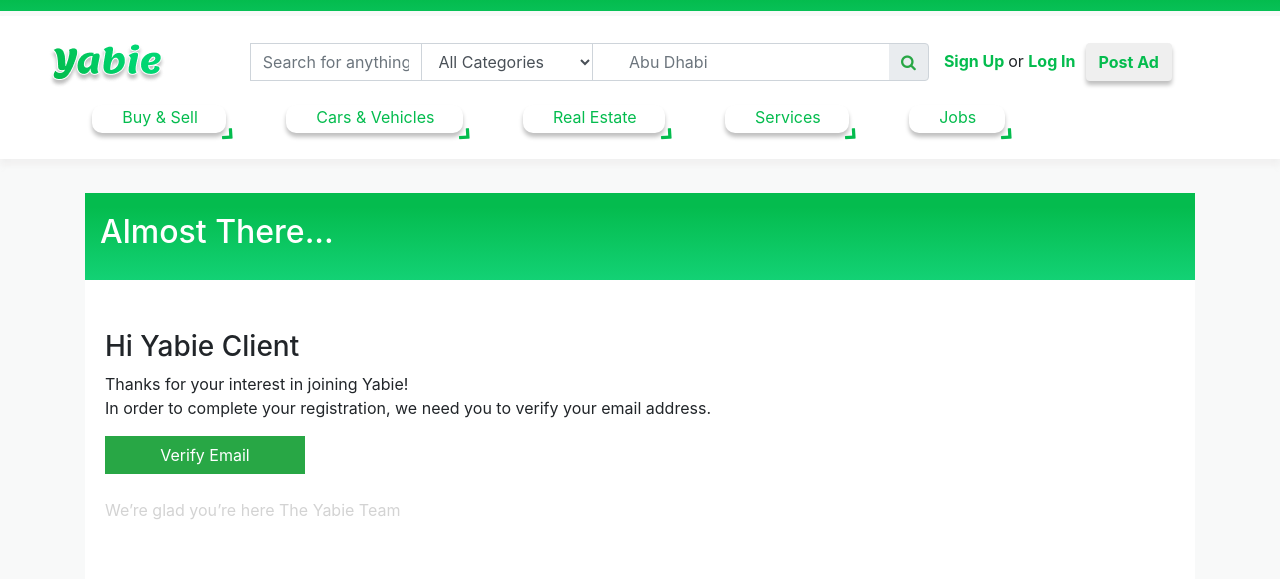
Repository: muazzamkha95/yabie
Page: confirm-email.html
An editor plug-in stored every save of this project. The page is shown before and after a run of saves, followed by the edit.
The browser window is 1280 px wide. The pictures show the whole page.

Above is the page before, as saved 2020-07-09 15:47:43.
Console error: TypeError: Cannot read properties of undefined (reading 'fn')

After the next 2 saves:
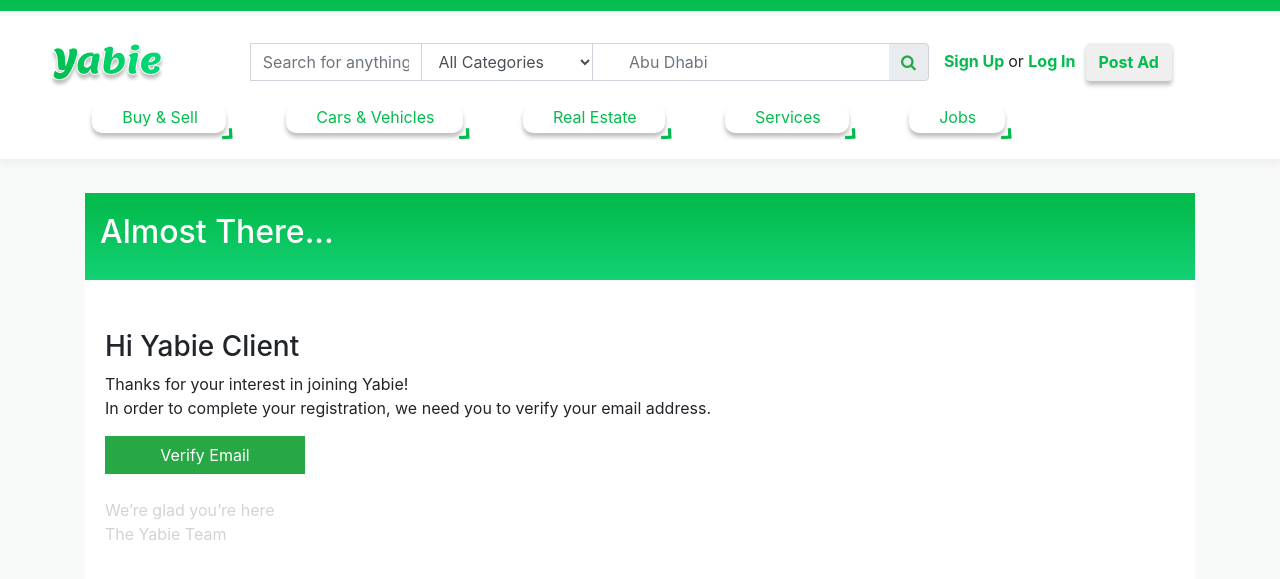
The 2 saves are shown as one change because they came seconds apart.
The last was saved 19 s later.
--- a/confirm-email.html
+++ b/confirm-email.html
@@ -78,7 +78,7 @@
                     <br/>
                     <br/>
                     <p class="light-text">
-                        We’re glad you’re here The Yabie Team
+                        We’re glad you’re here <br/>The Yabie Team
                     </p>
                 </div>
 
